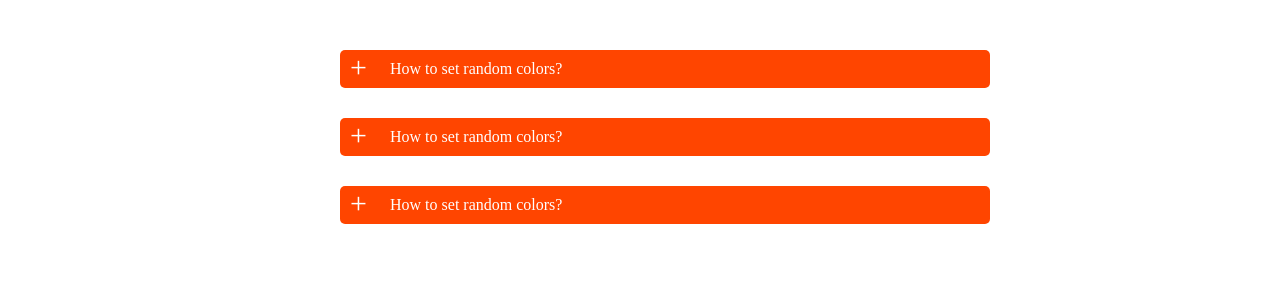
Repository: truongtn04/f8-fullstack-k5
Page: day05/ex02.html
The author's editor kept a copy of each file at every save. The page is drawn from the files as they stood at one save, then again after the next save.
The browser window is 1280 px wide. The pictures show the whole page.

Above is the page before, as saved 2023-12-04 11:26:50.

### day05/ex02.html
<!DOCTYPE html>
<html lang="en">
<head>
    <meta charset="UTF-8">
    <meta name="viewport" content="width=device-width, initial-scale=1.0">
    <title>Document</title>
    <link rel="stylesheet" href="css/ex02.css">
</head>
<body>
    <article>
        <label class ="list-content1" onclick =showText1()>
            <input type="radio" name ="text1">
            <span>How to set random colors?</span>
            <div class="text">
                <p>To set random colors: <br>
                1&#41; Add <b>fag-random-colors </b> class <br>
                2&#41; To change color, open theme &#40;num&#41; css, find "jag-fag-random-colors"<br>
                3&#41; You can change color form here <br>
                Lorem ipsum dolor sit amet consectetur adipisicing elit. Ad veniam optio eligendi ullam exercitationem modi, maxime deserunt quidem illo commodi odit ratione veritatis? Magnam, adipisci! Quod praesentium eius odit est.
                </p>
             </div>
    </label>
        <label class ="list-content2" onclick =showText2()>
            <input type="radio" name="text1" >
            <span>How to set random colors?</span>
            <div class="text">
                <p>To set random colors: <br>
                1&#41; Add <b>fag-random-colors </b> class <br>
                2&#41; To change color, open theme &#40;num&#41; css, find "jag-fag-random-colors"<br>
                3&#41; You can change color form here <br>
                Lorem ipsum dolor sit amet consectetur adipisicing elit. Ad veniam optio eligendi ullam exercitationem modi, maxime deserunt quidem illo commodi odit ratione veritatis? Magnam, adipisci! Quod praesentium eius odit est.
                </p>
             </div>
        </label>
        <label class ="list-content3" onclick =showText3()>
            <input type="radio" name="text1" >
            <span>How to set random colors?</span>
            <div class="text">
                <p>To set random colors: <br>
                1&#41; Add <b>fag-random-colors </b> class <br>
                2&#41; To change color, open theme &#40;num&#41; css, find "jag-fag-random-colors"<br>
                3&#41; You can change color form here <br>
                Lorem ipsum dolor sit amet consectetur adipisicing elit. Ad veniam optio eligendi ullam exercitationem modi, maxime deserunt quidem illo commodi odit ratione veritatis? Magnam, adipisci! Quod praesentium eius odit est.
                </p>
             </div>
        </label>
    </article>
    <script>
        var list1 = document.querySelector('.list-content1');
        var list2 = document.querySelector('.list-content2');
        var list3 = document.querySelector('.list-content3');
        function showText1(){
            list1.classList.add('bonus');
            list2.classList.remove('bonus');
            list3.classList.remove('bonus');
        }
        function showText2(){
            list1.classList.remove('bonus');
            list2.classList.add('bonus');
            list3.classList.remove('bonus');
        }
        function showText3(){
            list1.classList.remove('bonus');
            list2.classList.remove('bonus');
            list3.classList.add('bonus');
        }
    </script>
</body>
</html>

### day05/css/ex02.css
body{
    margin: 50px 50px;
}
label{
    background-color: orangered;
}
article{
    width: 600px;
    margin: 0 auto;
}
input{
    display: none;
}
label{
    width: 600px;
    display: block;
    padding: 10px 0 10px 0;
    margin-bottom: 30px;
    border-radius: 5px;
    position: relative;
    padding-left: 50px;
    color: white;
}
label::before{
    content:'+';
    position: absolute;
    font-size: 30px;
    top: 0;
    left: 10px;
}
.text{
    display: none;
    position: absolute;

}
input[type ="radio"]:checked ~ .text{
    display: block;
}
.bonus{
    margin-bottom: 150px;
}

After the next save:
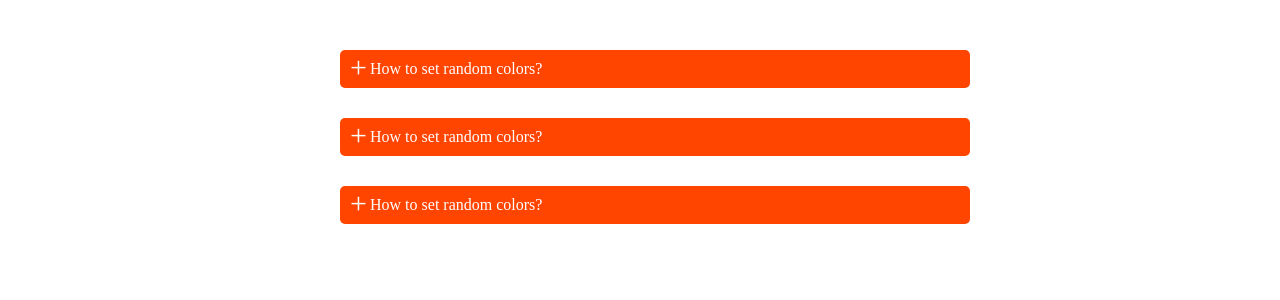
Saved 6 s later.
--- a/day05/css/ex02.css
+++ b/day05/css/ex02.css
@@ -18,7 +18,7 @@ label{
     margin-bottom: 30px;
     border-radius: 5px;
     position: relative;
-    padding-left: 50px;
+    padding-left: 30px;
     color: white;
 }
 label::before{
